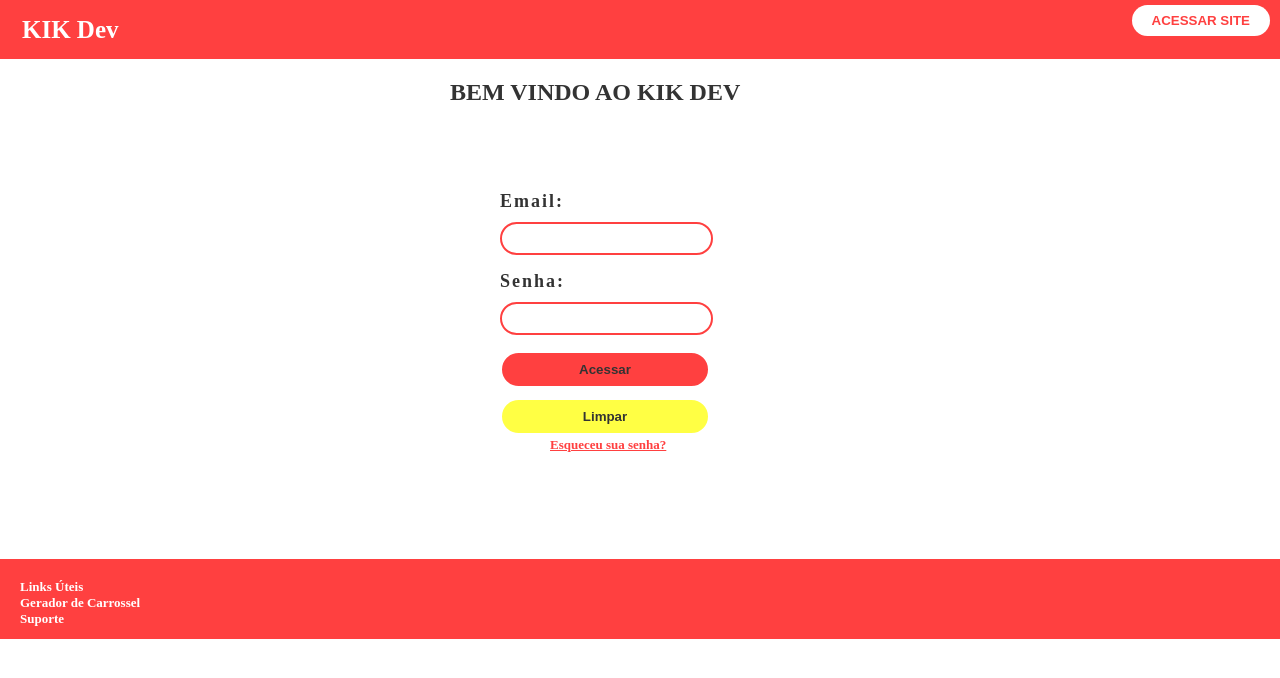
Repository: devgabrielvieira/kikdev
Page: index.html
The author's editor kept a copy of each file at every save. The page is drawn from the files as they stood at one save, then again after the next save.
The browser window is 1280 px wide. The pictures show the whole page.

Above is the page before, as saved 2022-10-30 20:09:57.

### index.html
<!DOCTYPE html>
<html lang="pt-br">

<head>
    <meta charset="UTF-8">
    <meta http-equiv="X-UA-Compatible" content="IE=edge">
    <meta name="viewport" content="width=device-width, initial-scale=1.0">
    <link rel="shortcut icon" href="imagens/favicon.ico" type="image/x-icon">
    <link rel="stylesheet" href="style.css">
    <link rel="stylesheet" href="style-mobile.css">
    <script src="script_processo.js"></script>
    <title>KIK Dev</title>

</head>

<body id="pag_processos" onload="dimensaoTela()">

    <div class="header-index">
        <a href="#Default" class="logo">KIK Dev</a>

        <button type="submit" name="name" class="button-right"><strong>ACESSAR SITE</strong></a></button>

    </div>
    <div class="conteudo">
        <!--abrimos a div conteúdo-->

        <h2>BEM VINDO AO KIK DEV</h2>

        <div class="login">
            <label for="username">Email:</label>
            <input type="text" id="username" name="username">
            <label for="pass">Senha:</label>
            <input type="password" id="pass" name="password" minlength="8" required>
            <input class="btn-acessar" type="submit" value="Acessar">
            <input class="btn-limpar" type="reset" value="Limpar">
        </div>
        <a href="recuperar-senha.html" target="_self" rel="next" class="href">Esqueceu sua senha?</a>
    </div>
    <!--aqui fechamos a div conteudo-->

    <footer class="footer">
        <strong>
            <p>Links Úteis</p>
        </strong>
        <strong>
            <p>Gerador de Carrossel</p>
        </strong>
        <strong>
            <p>Suporte</p>
        </strong>
    </footer>

</body>

</html>

### style.css
@charset "UTF-8";

* {
  margin: 0;
  padding: 0;
}

html {
  margin: 0;
  padding: 0;
}

.header {
  overflow: hidden;
  background-color: #ff4040;
  padding: 20px 10px;
}

.header a {
  float: left;
  color: #fff;
  text-align: center;
  padding: 12px;
  text-decoration: none;
  font-size: 18px;
  line-height: 25px;
  border-radius: 4px;
}

.header a.logo {
  font-size: 25px;
  font-weight: bold;
}

.header a:hover {
  background-color: #ddd;
  color: #333333;
}

.header a.active {
  background-color: #d8d7d7;
  color: #fff;
}

.header-right {
  float: right;
}

.button-right {
  float: right;
  padding: 8px 20px;
  border: #d8d7d7;
  border-radius: 50px;
  color: #ff4040;
  background-color: #fff;
}

.header-index {
  overflow: hidden;
  background-color: #ff4040;
  padding: 5px 10px;
}

.header-index a {
  float: left;
  color: #fff;
  text-align: center;
  padding: 12px;
  text-decoration: none;
  font-size: 18px;
  line-height: 25px;
  border-radius: 4px;
}

.header-index a.logo {
  font-size: 25px;
  font-weight: bold;
}

.header-index a:hover {
  background-color: #ddd;
  color: #333333;
}

.header-index a.active {
  background-color: #d8d7d7;
  color: #fff;
}

.conteudo {
  width: 100%;
  height: 450px;
  overflow: hidden;
  background-color: #fff;
}

/* .conteudo img {
    width: 100%;
    background-color: #fff;
    margin: 2px 0 0 0;
    padding: 0;
    position: relative;
    height: 15.5rem;
} */

.footer {
  width: auto;
  background-color: #ff4040;
  padding: 20px 10px;
  position: relative;
  height: 2.5rem;
  bottom: -50px;
}

p {
  font-size: 13px;
  margin: 0 0 0 10px;
  float: none;
  overflow: hidden;
  color: #fff;
}

label {
  margin: 10px 50px 0 500px;
  display: block;
  letter-spacing: 2px;
  font-size: 18px;
  color: #333333;
  margin-bottom: 3px;
  font-weight: bold;
}

input[type="submit"],
label {
  margin: 10px 50px 0 500px;
  margin-top: 1rem;
  color: #333333;
}

input {
  margin: 10px 50px 0 500px;
  caret-color: #222;
  color: #333333;
  border: 2px solid #ff4040;
  border-radius: 36px;
  padding: 7px 15px;
  text-align: center;
  font-weight: bold;
}

input:hover {
  border: 2px solid #a0a0a0;
}

.login {
  margin: 80px 0 0 0;
  width: -100%;
}

.btn-acessar {
  margin: 10px 50px 0 500px;
  background: #ff4040;
  border: 2px solid #fff;
  padding: 9px 15px;
  width: 210px;
  max-width: 100%;
}

.btn-limpar {
  margin: 10px 50px 0 500px;
  background: #ff4;
  border: 2px solid #fff;
  padding: 9px 15px;
  width: 210px;
  max-width: 100%;
}

.href {
    margin: 10px 50px 0 500px;
    padding: 19px 50px;
    font-size: 13px;
    font-weight: bold;
    color: #ff4040;
    text-align: center;
    max-width: 100%;
  }

h2 {
  width: 100%;
  display: inline-flex;
  margin: 20px 50px 5px 450px;
  color: #333333;
}

### style-mobile.css
@charset "UTF-8";

@media screen and (max-width: 1200px) {
  * {
    margin: 0;
    padding: 0;
  }

  html {
    margin: 0;
    padding: 0;
  }

  .header-index {
    overflow: hidden;
    background-color: #ff4040;
    padding: 10px 15px;
    height: 5.5rem;
    width: 100%;
  }

  .header a {
    float: none;
    display: block;
    text-align: left;
  }

  .header-index a {
    float: none;
    display: block;
    text-align: left;
  }

  .header-right {
    float: none;
  }

  .button-right {
    float: none;
  }

  .footer {
    float: none;
    bottom: -280px;
    overflow: hidden;
    padding: 10px 15px;
    height: 5.5rem;
    width: 100%;

  }

  /* .conteudo img {
        float: none;
        display: block;
        position: absolute;
        width: 100%;
        background-color: #fff;
        margin: 2px 0 0 0;
        height: 10rem;
    } */

  .login {
    width: 50%;
    display: inline-block;
  }

  label {
    margin-left: 50%;
    margin-bottom: 3px;
    display: block;
    letter-spacing: 2px;
    font-size: 18px;
    color: #333333;
    font-weight: bold;
  }

  input[type="submit"],
  label {
    margin-left: 50%;
    margin-top: 1rem;
    color: #333333;
  }

  input {
    margin-left: 50%;
    caret-color: #222;
    color: #333333;
    border: 2px solid #ff4040;
    border-radius: 36px;
    padding: 7px 15px;
    text-align: center;
    font-weight: bold;
  }

  input:hover {
    border: 2px solid #a0a0a0;
  }

  .href {
    margin-left: 30%;
    font-size: 13px;
    font-weight: bold;
    color: #ff4040;
    text-align: center;
    width: 100%;
    padding: 2rem;
  }

  .btn-acessar {
    margin-left: 50%;
    margin-right: 50%;
    background: #ff4040;
    border: 2px solid #fff;
    padding: 9px 15px;
    width: 210px;
    max-width: 100%;
  }

  .btn-limpar {
    margin-left: 50%;
    margin-right: 50%;
    background: #ff4;
    border: 2px solid #fff;
    padding: 9px 15px;
    width: 210px;
    max-width: 100%;
  }

  h2 {
    width: 100%;
    display: inline-block;
    margin-bottom: 0.5rem;
    margin-left: 15%;
    color: #333333;
  }
}

### script_processo.js
function dimensaoTela(){
    var heightTela = window.innerHeight;
    var widthTela = window.innerWidth;

    document.getElementById('pag_processos').style.minHeight = heightTela+'px';
}

After the next save:
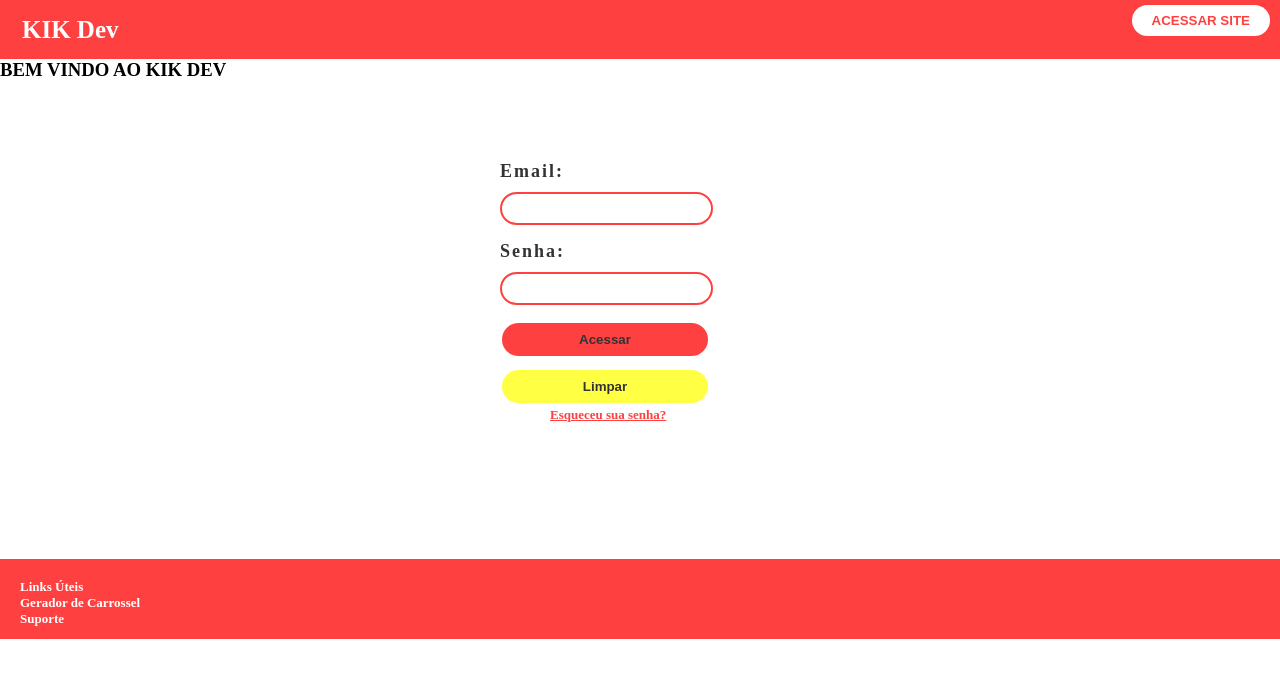
Saved 23 s later.
--- a/index.html
+++ b/index.html
@@ -24,7 +24,7 @@
     <div class="conteudo">
         <!--abrimos a div conteúdo-->
 
-        <h2>BEM VINDO AO KIK DEV</h2>
+        <h3>BEM VINDO AO KIK DEV</h3>
 
         <div class="login">
             <label for="username">Email:</label>
